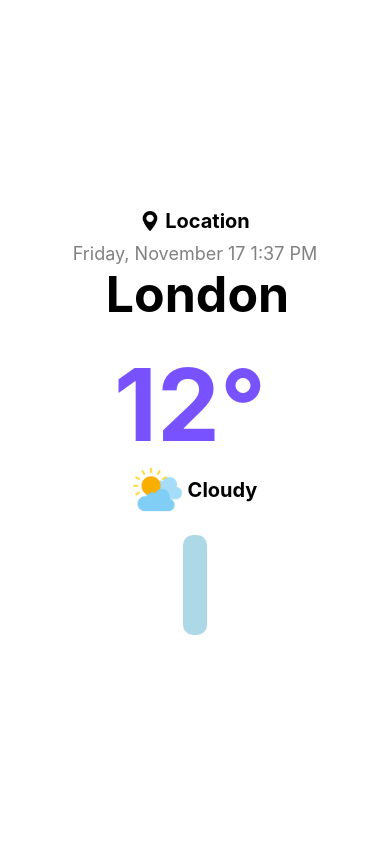
Repository: praveen080/react-native-weatherAppV1
Screen: /
The author's editor kept a copy of each file at every save. The screen is drawn from the files as they stood at one save, then again after a run of saves.
The app was drawn by React Native's web renderer in a window 390 px wide. The project was rebuilt for these pictures with package versions that can differ from the ones it lists, and the page was loaded fresh each time. Also part of the build but not shown: Screens/startUp.js.

Above is the screen before, as saved 2023-11-17 13:37:48.

After the next 3 saves:
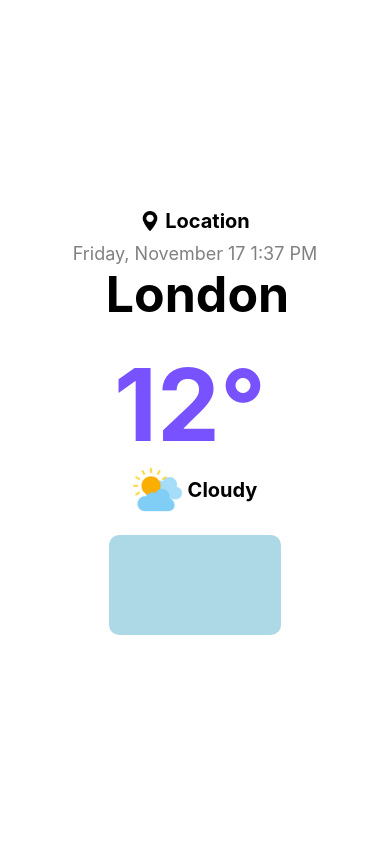
The 3 saves are shown as one change because they came seconds apart.
The last was saved 8 s later.
--- a/Screens/Home.js
+++ b/Screens/Home.js
@@ -2,7 +2,6 @@ import React from "react";
 import { View, Text, Image, TouchableOpacity, StyleSheet } from "react-native";
 
 const Home = () => {
-
   const currentDate = new Date();
 
   // Format the date and time
@@ -105,7 +104,7 @@ export const styles = StyleSheet.create({
     marginTop: 20,
   },
   card: {
-    width: "10%",
+    width: "70%",
     height: 100,
     borderRadius: 10,
     backgroundColor: "lightblue",
